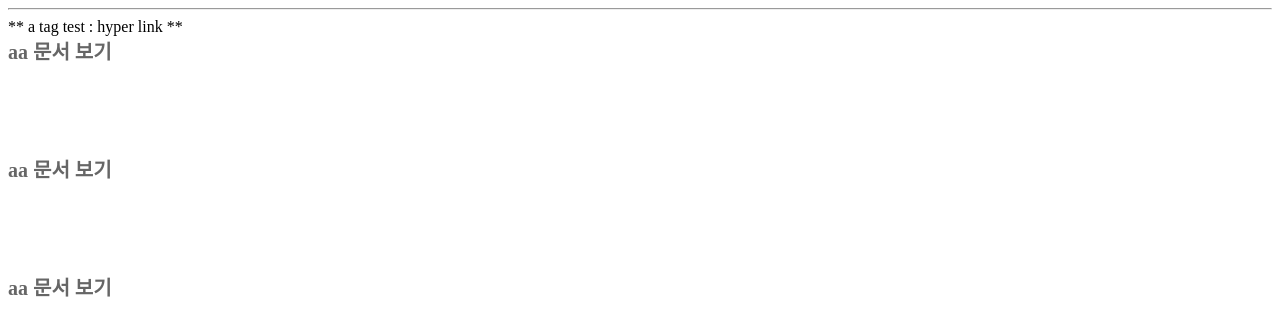
Repository: lsgsg/lsgsg
Page: wsou/webBasic/WebContent/cc.html
These files come from the project's save history. The page is drawn as it stood at one moment and after the next save; the edit follows.
The browser window is 1280 px wide. The pictures show the whole page.

Above is the page before, as saved 2018-08-14 03:49:29.

After the next save:
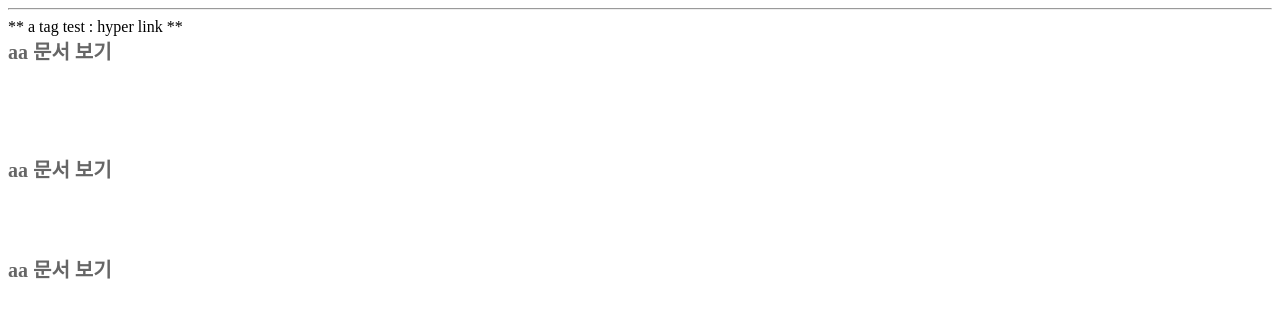
Saved 3 min 0 s later.
--- a/wsou/webBasic/WebContent/cc.html
+++ b/wsou/webBasic/WebContent/cc.html
@@ -35,7 +35,7 @@
 <hr>
 ** a tag test : hyper link ** <br>
 <a href="aa.html"> aa 문서 보기 </a> </br>
-<a href="aa.html" target = "_new"> aa 문서 보기 </a></br>
-<a href="aa.html" target = "_blank"> aa 문서 보기 </a></br>
+<a href="aa.html" target = "_new"> aa 문서 보기 </a>
+<a href="aa.html" target = "_blank"> aa 문서 보기 </a>
 </body>
 </html>
